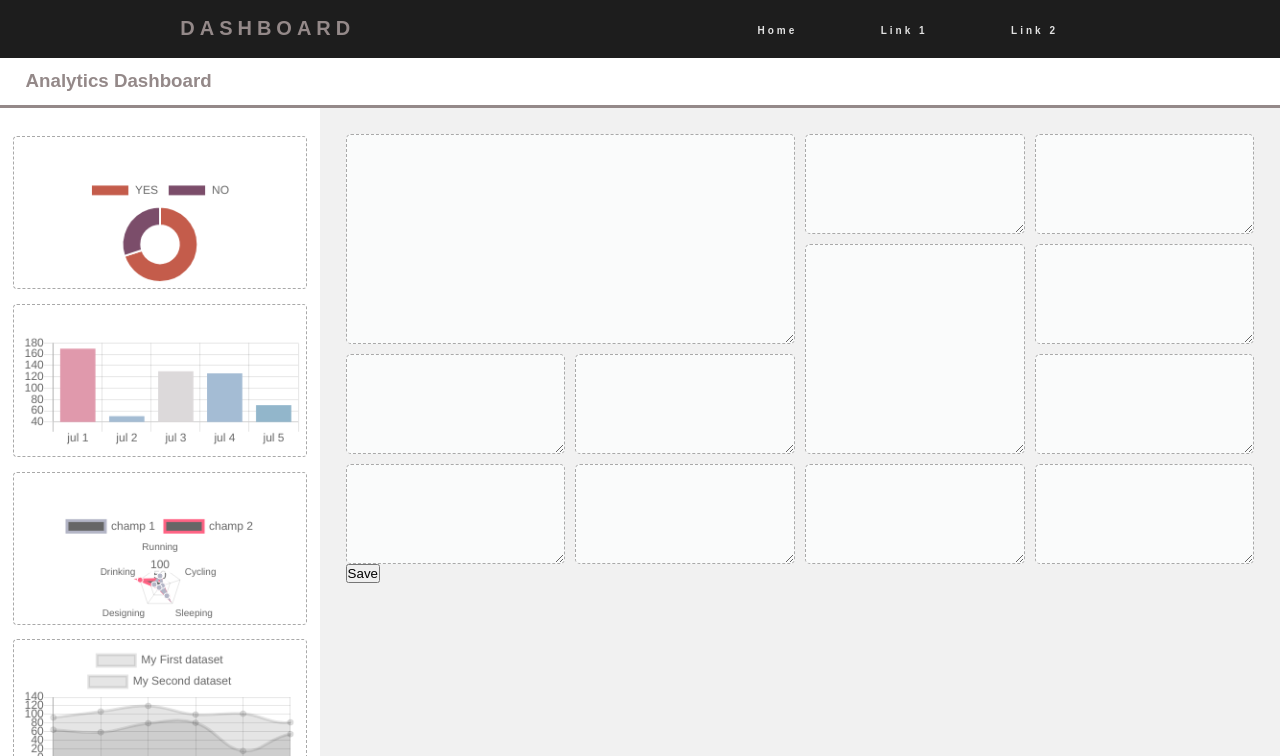
Repository: nourabdelhakam/drag-drop
Page: index.html
An editor plug-in stored every save of this project. The page is shown before and after the next save, followed by the edit.
The browser window is 1280 px wide. The pictures show the whole page.
Some web libraries are served in a nearby version.

Above is the page before, as saved 2020-07-05 06:26:44.

After the next save:
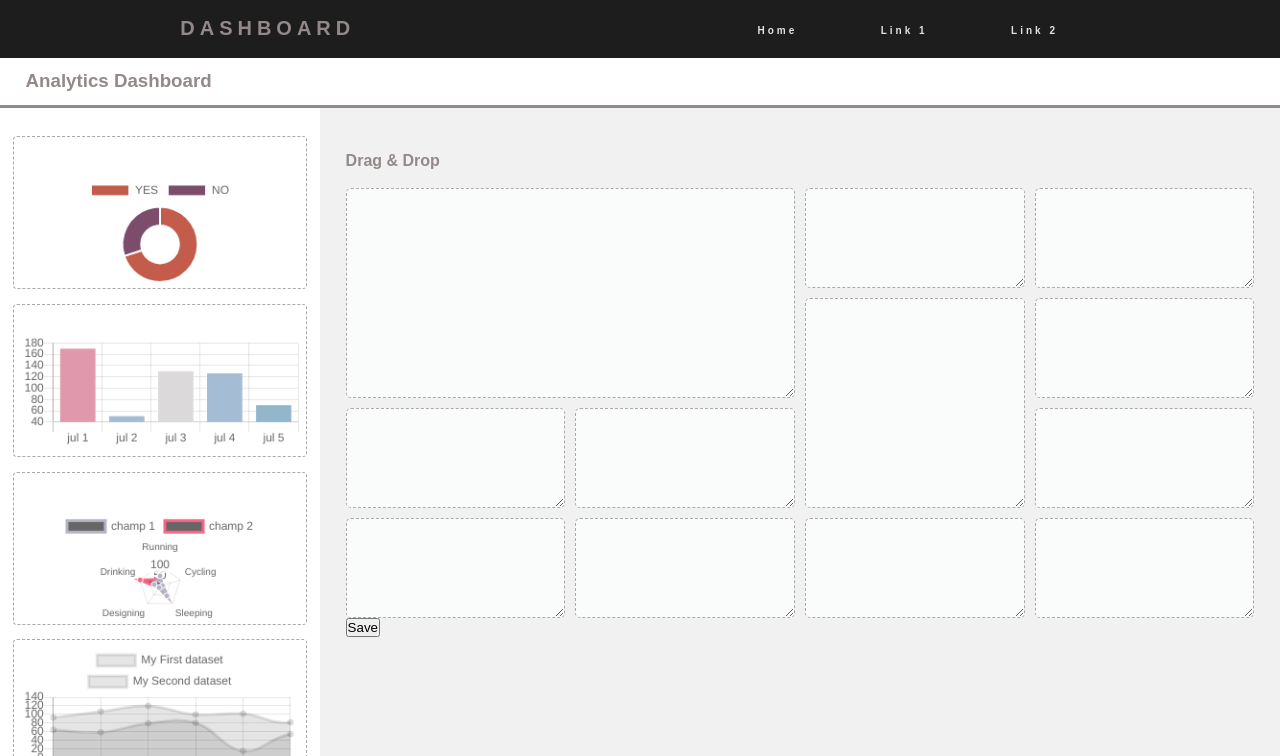
Saved 2 min 25 s later.
--- a/index.html
+++ b/index.html
@@ -43,7 +43,7 @@
                 </div>
               </div>
               <div class="right">
-                  <!-- <h4>Drag & Drop</h4> -->
+                  <h4>Drag & Drop</h4>
                   <div class="wrapper" id="wrapper">
                     <div class="list">
                     </div>
